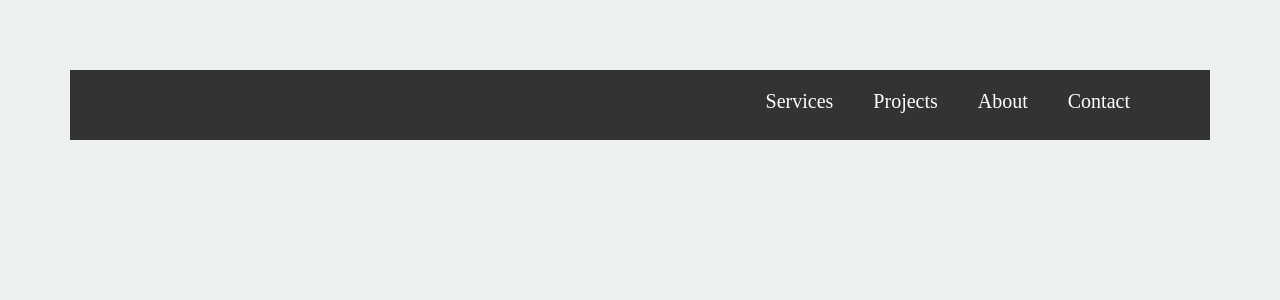
Repository: arifshahriyarnader/css-flexbox
Page: Exercise 1/index.html
These files come from the project's save history. The page is drawn as it stood at one moment and after the next save; the edit follows.
The browser window is 1280 px wide. The pictures show the whole page.

Above is the page before, as saved 2024-06-15 15:54:10.

### Exercise 1/index.html
<!DOCTYPE html>
<html lang="en">
<head>
    <meta charset="UTF-8">
    <meta name="viewport" content="width=device-width, initial-scale=1.0">
    <title>Navbar Using Flexbox</title>
    <link rel="stylesheet" href="css/style.css">
</head>
<body>
   <nav class="menubar_sec">
        <div></div>
        <div class="leftmenu_link">
            <ul>
                <li><a href="#">Services</a></li>
                <li><a href="#">Projects</a></li>
                <li><a href="#">About</a></li>
                <li><a href="#">Contact</a></li>
            </ul>
           </div>

   </nav>
</body>
</html>

### Exercise 1/css/style.css
*{
    margin: 0px;
    padding: 0px;
}

ul{
    list-style: none;
}
a{
    text-decoration: none;
}
body{
    background-color: #ECF0F1;
}
.menubar_sec{
    background-color:#333333;
    min-height: 30px;
    margin: 70px;
    padding:20px 80px 20px 0px;
    display:flex;
    justify-content:flex-end;
}

.leftmenu_link ul{
    display: flex;
    gap:40px;
    /* padding:40px 80px 0px 40px; */

}

.leftmenu_link ul li a{
    color:#fff;
    font-size:20px;
    cursor: pointer;
}

After the next save:
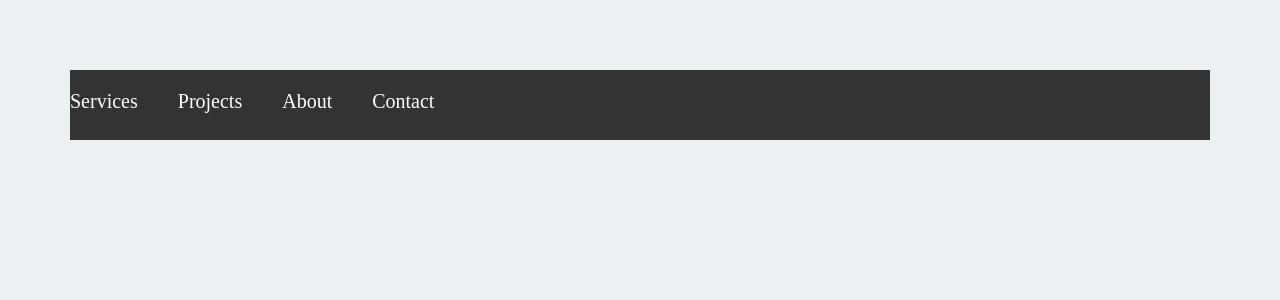
Saved 16 s later.
--- a/Exercise 1/css/style.css
+++ b/Exercise 1/css/style.css
@@ -18,8 +18,8 @@
     margin: 70px;
     padding:20px 80px 20px 0px;
     display:flex;
-    justify-content:flex-end;
-}
+    /* justify-content:flex-end;
+} */
 
 .leftmenu_link ul{
     display: flex;

After the 6 saves that followed:
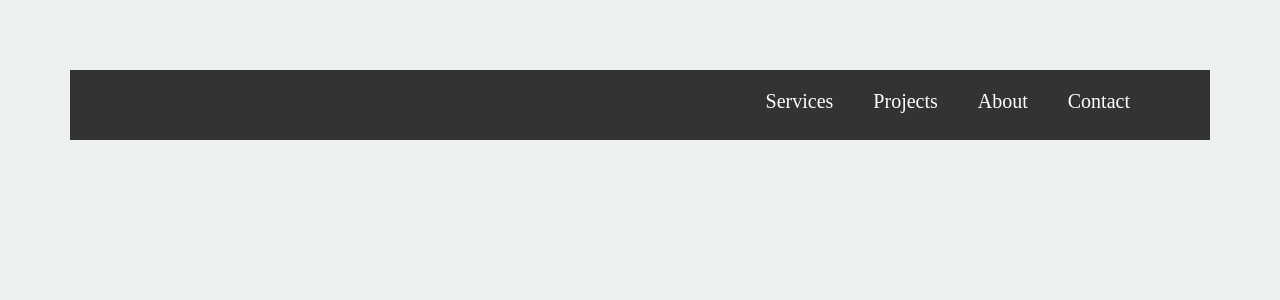
The 6 saves are shown as one change because 1 left the picture as it was and some came seconds apart.
The last was saved 25 s later.
--- a/Exercise 1/css/style.css
+++ b/Exercise 1/css/style.css
@@ -18,8 +18,8 @@
     margin: 70px;
     padding:20px 80px 20px 0px;
     display:flex;
-    /* justify-content:flex-end;
-} */
+    justify-content: flex-end;
+}
 
 .leftmenu_link ul{
     display: flex;
